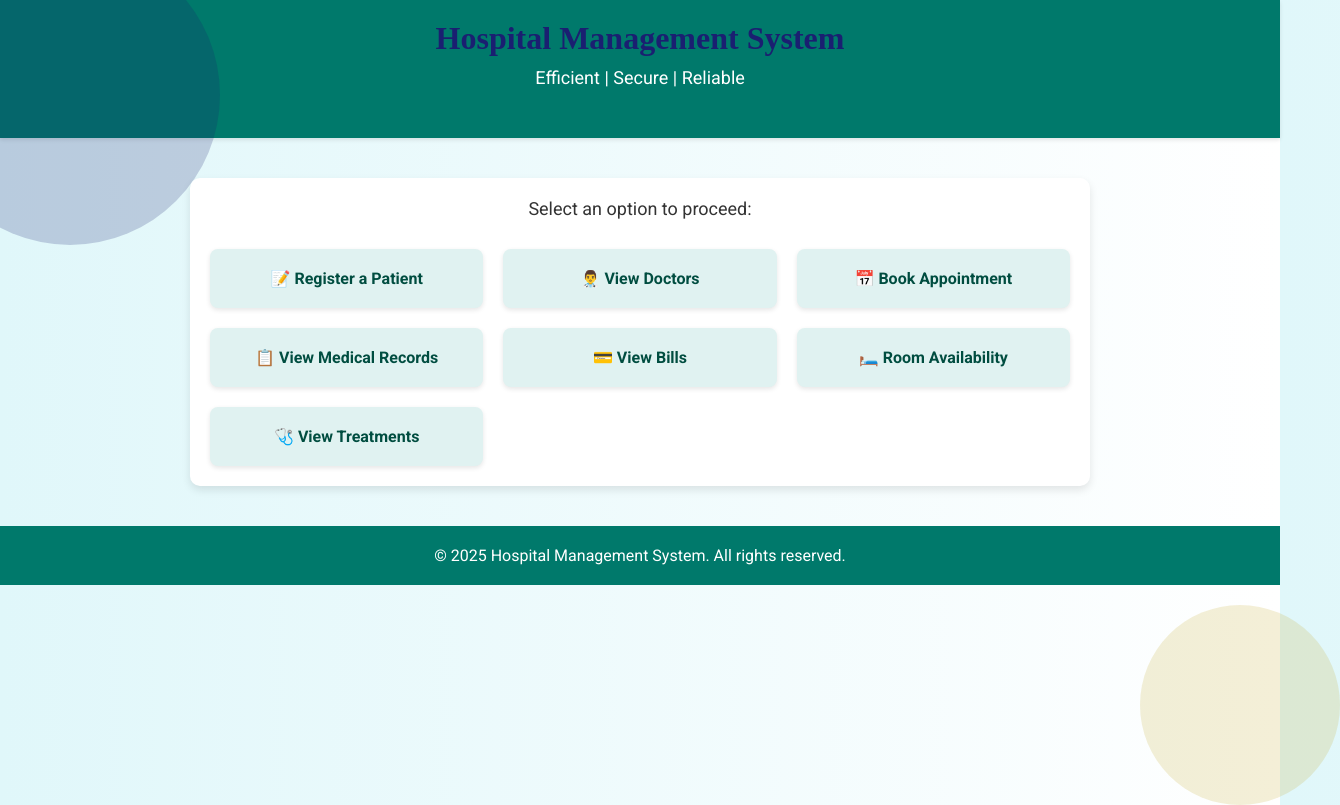
Repository: shreeshskatti/hospital_management_system
Page: http://localhost/
An editor plug-in stored every save of this project. The page is shown before and after the next save, followed by the edit.
The browser window is 1280 px wide. The page is 1340 px wide, so the pictures cover 1340 px, including what lies to the right of the window. The pictures show the whole page.
Some web fonts or font styles are not loaded; a fallback is used. The page is run by PHP 8.4 with error messages shown; the project is at /var/www/html/.

Above is the page before, as saved 2025-05-29 21:26:04.

### index.php
<?php include 'includes/db.php'; ?>
<!DOCTYPE html>
<html lang="en">
<head>
  <meta charset="UTF-8">
  <title>Hospital Management System</title>
  <link rel="stylesheet" href="css/style.css">
  <link href="https://fonts.googleapis.com/css2?family=Roboto:wght@400;700&display=swap" rel="stylesheet">
  <style>
    * {
      margin: 0; padding: 0;
      box-sizing: border-box;
      font-family: 'Roboto', sans-serif;
    }
    body {
      background: linear-gradient(to right, #e0f7fa, #ffffff);
      color: #333;
    }
    header {
      background-color: #00796B;
      color: white;
      padding: 20px 0;
      text-align: center;
      box-shadow: 0 2px 4px rgba(0,0,0,0.1);
    }
    .container {
      max-width: 900px;
      margin: 40px auto;
      padding: 20px;
      background: white;
      border-radius: 10px;
      box-shadow: 0 4px 8px rgba(0,0,0,0.1);
      text-align: center;
    }
    h1 {
      margin-bottom: 10px;
    }
    p {
      font-size: 18px;
      margin-bottom: 30px;
    }
    ul {
      list-style: none;
      display: grid;
      grid-template-columns: repeat(auto-fit, minmax(240px, 1fr));
      gap: 20px;
      padding: 0;
    }
    li a {
      display: block;
      padding: 20px;
      background-color: #e0f2f1;
      border-radius: 8px;
      text-decoration: none;
      color: #004D40;
      font-weight: bold;
      font-size: 16px;
      transition: all 0.3s ease;
      box-shadow: 0 2px 5px rgba(0,0,0,0.1);
    }
    li a:hover {
      background-color: #b2dfdb;
      transform: translateY(-5px);
    }
    footer {
      text-align: center;
      margin-top: 40px;
      padding: 20px;
      background-color: #00796B;
      color: white;
    }
  </style>
</head>
<body>

  <header>
    <h1>Hospital Management System</h1>
    <p>Efficient | Secure | Reliable</p>
  </header>

  <div class="container">
    <p>Select an option to proceed:</p>
    <ul>
      <li><a href="patients/add_patient.php">📝 Register a Patient</a></li>
      <li><a href="doctors/view_doctors.php">👨‍⚕️ View Doctors</a></li>
      <li><a href="appointments/book_appointment.php">📅 Book Appointment</a></li>
      <li><a href="medical_records/view_records.php">📋 View Medical Records</a></li>
      <li><a href="bills/view_bills.php">💳 View Bills</a></li>
      <li><a href="rooms/view_rooms.php">🛏️ Room Availability</a></li>

      <!-- Added only this new link -->
      <li><a href="patients/patients_list.php">🩺 View Treatments</a></li>
    </ul>
  </div>

  <footer>
    &copy; <?php echo date('Y'); ?> Hospital Management System. All rights reserved.
  </footer>

</body>
</html>

### includes/db.php
<?php
$host = 'localhost';
$user = 'root';
$pass = '';
$dbname = 'hospital_db';  // must match your DB name

$conn = new mysqli($host, $user, $pass, $dbname);

if ($conn->connect_error) {
    die("Connection failed: " . $conn->connect_error);
}
?>

### css/style.css
@import url('https://fonts.googleapis.com/css2?family=Merriweather&family=Open+Sans&display=swap');

* {
  margin: 0;
  padding: 0;
  box-sizing: border-box;
}

body {
  background: radial-gradient(circle at top left, #f0f4ff, #fdfdfd);
  font-family: 'Open Sans', sans-serif;
  color: #2E2E2E;
  min-height: 100vh;
  position: relative;
  overflow-x: hidden;
}

/* Background floating shapes */
body::before, body::after {
  content: '';
  position: absolute;
  border-radius: 50%;
  opacity: 0.2;
  z-index: 0;
  pointer-events: none;
  animation: float 10s ease-in-out infinite;
}

body::before {
  width: 300px;
  height: 300px;
  background: #1A1F71;
  top: -80px;
  left: -80px;
}

body::after {
  width: 200px;
  height: 200px;
  background: #C9B037;
  bottom: -60px;
  right: -60px;
}

@keyframes float {
  0%, 100% { transform: translateY(0px); }
  50% { transform: translateY(25px); }
}

h1, h2, h3 {
  font-family: 'Merriweather', serif;
  color: #1A1F71;
  z-index: 1;
  position: relative;
}

.container {
  max-width: 900px;
  margin: 60px auto;
  padding: 40px 30px;
  background-color: rgba(255, 255, 255, 0.9);
  backdrop-filter: blur(10px);
  border-radius: 16px;
  box-shadow: 0 12px 30px rgba(0,0,0,0.1);
  position: relative;
  z-index: 1;
}

button {
  background-color: #1A1F71;
  color: #F9F6F1;
  border: none;
  padding: 14px 28px;
  font-size: 16px;
  border-radius: 8px;
  cursor: pointer;
  font-weight: 600;
  transition: background-color 0.3s ease, color 0.3s ease;
}

button:hover {
  background-color: #C9B037;
  color: #1A1F71;
}

input, select {
  width: 100%;
  padding: 12px;
  margin-top: 10px;
  margin-bottom: 22px;
  border: 1.5px solid #D3D3D3;
  border-radius: 8px;
  font-size: 16px;
  transition: all 0.3s ease;
  background-color: #fafafa;
}

input:focus, select:focus {
  border-color: #C9B037;
  outline: none;
  box-shadow: 0 0 8px rgba(201, 176, 55, 0.5);
  background-color: white;
}

table {
  width: 100%;
  border-collapse: collapse;
  margin-top: 30px;
  font-size: 15px;
}

th, td {
  padding: 14px;
  border: 1px solid #D3D3D3;
  text-align: left;
}

thead {
  background-color: #C9B037;
  color: white;
}

tbody tr:nth-child(even) {
  background-color: #F9F6F1;
}

/* Links and interactions */
a {
  color: #1A1F71;
  text-decoration: none;
  transition: color 0.3s;
  font-weight: bold;
}

a:hover {
  color: #C9B037;
  text-decoration: underline;
}

After the next save:
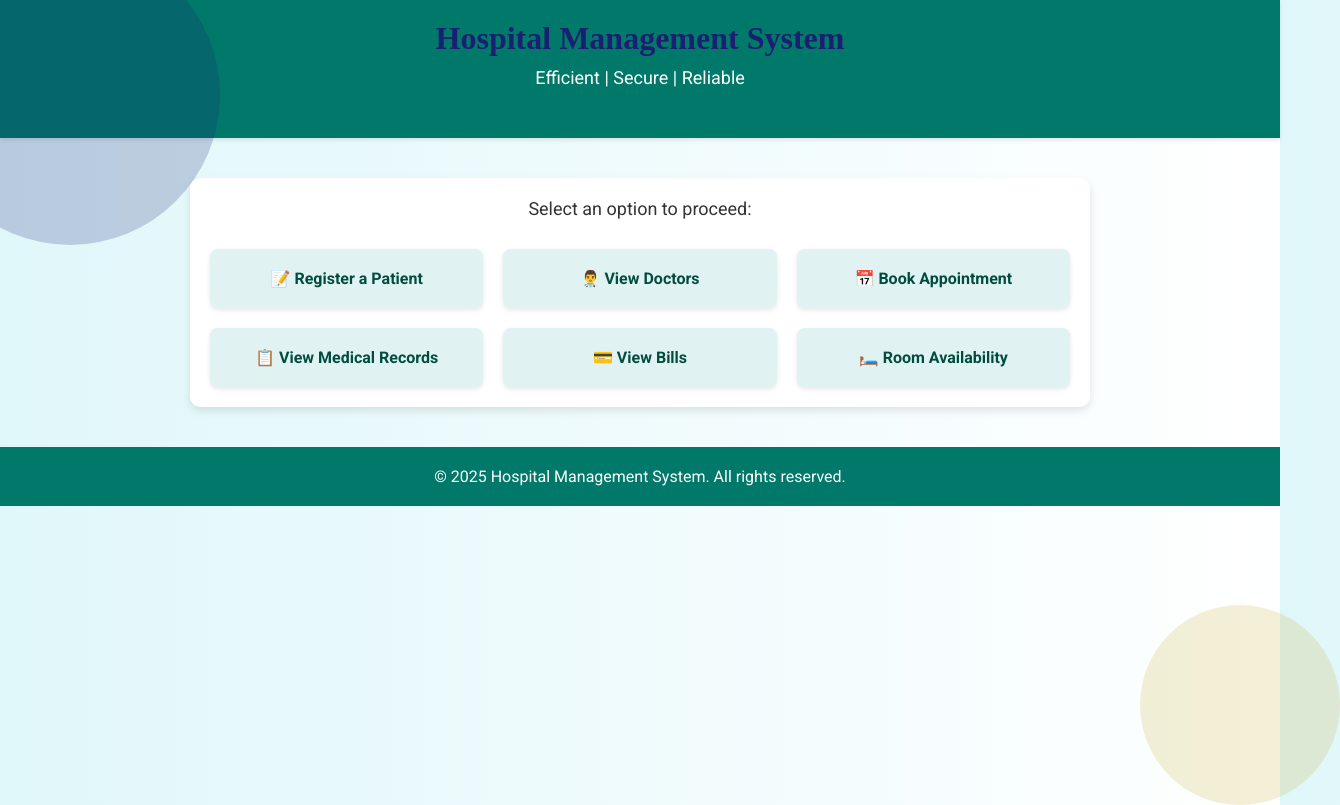
Saved 2 min 52 s later.
--- a/index.php
+++ b/index.php
@@ -87,9 +87,7 @@
       <li><a href="medical_records/view_records.php">📋 View Medical Records</a></li>
       <li><a href="bills/view_bills.php">💳 View Bills</a></li>
       <li><a href="rooms/view_rooms.php">🛏️ Room Availability</a></li>
-
-      <!-- Added only this new link -->
-      <li><a href="patients/patients_list.php">🩺 View Treatments</a></li>
+      <!-- Treatments link removed -->
     </ul>
   </div>
 
